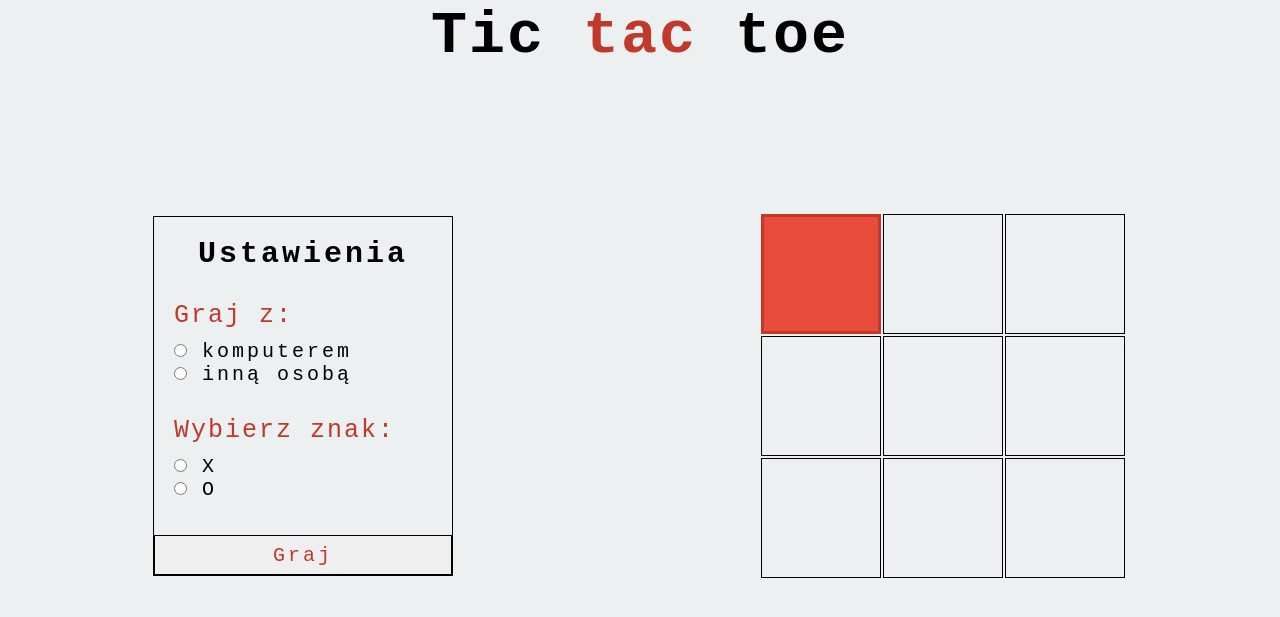
Repository: SebastianArmata22/Tic-Tac-Toe
Page: index.html
The author's editor kept a copy of each file at every save. The page is drawn from the files as they stood at one save, then again after the next save.
The browser window is 1280 px wide. The pictures show the whole page.
The pointer rests on the first visible `th`.
Some web fonts or font styles are not loaded; a fallback is used.

Above is the page before, as saved 2020-11-03 15:07:12.

After the next save:
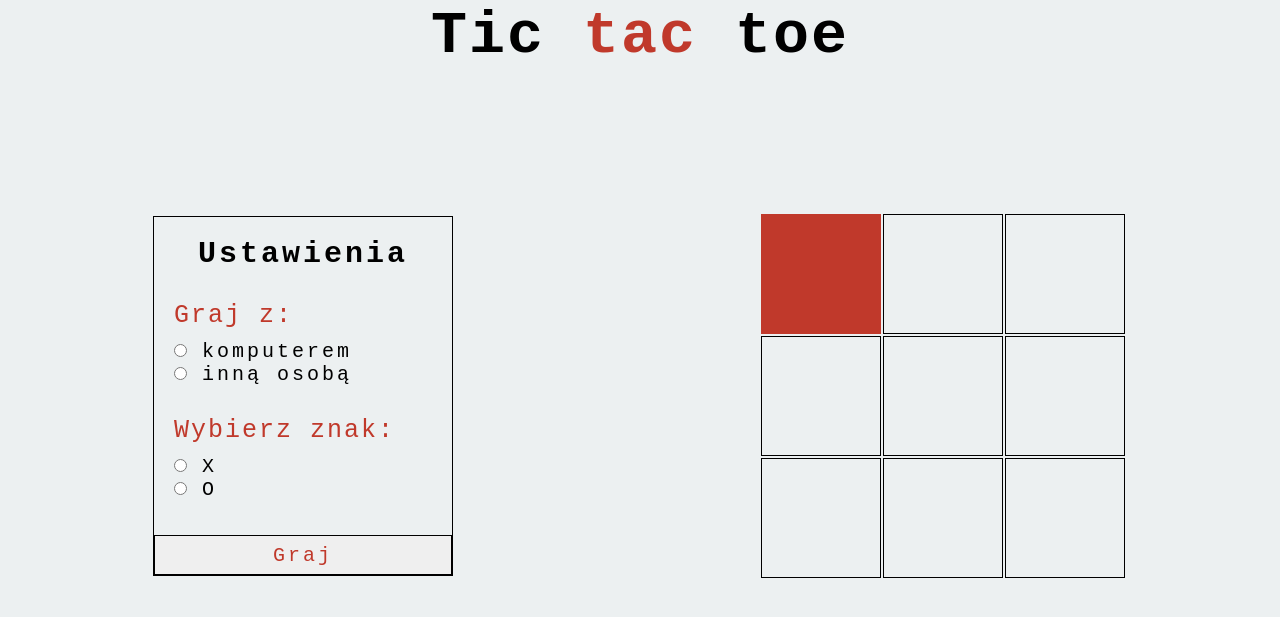
Saved 34 s later.
--- a/style.css
+++ b/style.css
@@ -34,7 +34,7 @@ width: 120px;
 }
 
 th:hover{
-background-color: #e74c3c;
+background-color: #c0392b;
 border: 3px solid #c0392b;
 transition: all 0.5s ease-out;
 
@@ -50,7 +50,6 @@ transition: all 0.5s ease-out;
     text-align: center;
     letter-spacing: 3px;
     font-size: 30px;
-
 }
 .game-btn{
     position: absolute;
